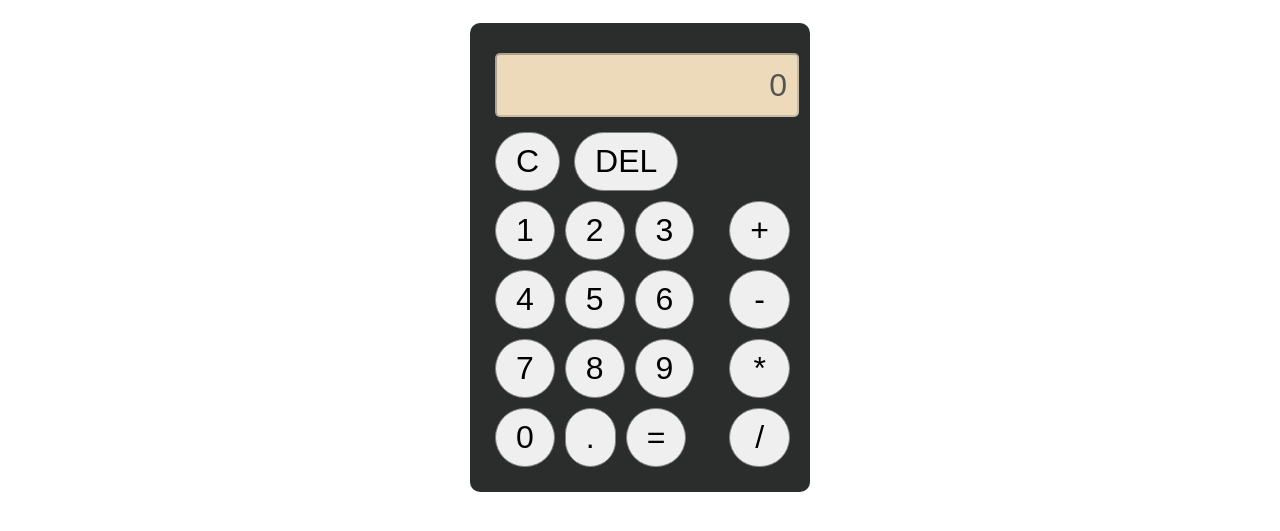
Repository: jaskeat/Calculator
Page: index.html
An editor plug-in stored every save of this project. The page is shown before and after the next save, followed by the edit.
The browser window is 1280 px wide. The pictures show the whole page.

Above is the page before, as saved 2024-09-05 13:31:10.

### index.html
<!DOCTYPE html>
<html lang="en">
	<head>
		<meta charset="UTF-8" />
		<meta name="viewport" content="width=device-width, initial-scale=1.0" />
		<title>Calculator</title>
		<link rel="stylesheet" href="style.css" />
	</head>
	<body>
		<div class="calculator">
			<div class="display">
				<input type="text" class="display-input" value="0" disabled />
			</div>

			<div class="extrabtn">
				<button class="btn" onclick="clearDisplay()">C</button>
				<button class="btn" onclick="deleteLast()">DEL</button>
			</div>

			<div class="buttons">
				<div class="operators">
					<button class="btn" onclick="append('+')">+</button>
					<button class="btn" onclick="append('-')">-</button>
					<button class="btn" onclick="append('*')">*</button>
					<button class="btn" onclick="append('/')">/</button>
				</div>

				<div class="numbers">
					<button class="btn" onclick="append('1')">1</button>
					<button class="btn" onclick="append('2')">2</button>
					<button class="btn" onclick="append('3')">3</button>
					<button class="btn" onclick="append('4')">4</button>
					<button class="btn" onclick="append('5')">5</button>
					<button class="btn" onclick="append('6')">6</button>
					<button class="btn" onclick="append('7')">7</button>
					<button class="btn" onclick="append('8')">8</button>
					<button class="btn" onclick="append('9')">9</button>
					<button class="btn" onclick="append('0')">0</button>
					<button class="btn" onclick="append('.')">.</button>
					<button class="btn" onclick="calculate()">=</button>
				</div>
			</div>
		</div>
		<script src="script.js"></script>
	</body>
</html>

### style.css
:root {
	--primary-color: #2b2c2c;
	--button-color: #424343;
	--operator-color: #ff9f0b;
}

body {
	display: flex;
	justify-content: center;
	align-items: center;
}

.calculator {
	width: 300px;
	max-width: 600px;
	height: auto;
	margin: 15px;
	padding: 20px;
	background-color: var(--primary-color);
	border-radius: 10px;
}

button {
	border-radius: 30px;
	border: 1px grey solid;
	font-size: 1.3rem;
}

button:hover {
	background-color: lightgrey;
	cursor: pointer;
}

input {
	width: 280px;
	height: 50px;
	font-size: 2rem;
	text-align: right;
	border-radius: 5px;
	margin: 10px 5px;
	background-color: rgb(237, 218, 187);
	padding: 5px 10px;
}

.operators {
	display: flex;
	flex-direction: column;
	width: auto;
}

.operators button {
	width: auto;
	height: auto;
	margin: 5px 0;
}

.numbers {
	display: flex;
	flex-wrap: wrap;
	height: auto;
	width: 250px;
}

.buttons {
	display: flex;
	flex-direction: row-reverse;
	justify-content: space-between;
	font-size: 2rem;
}

.btn {
	font-size: 2rem;
	padding: 10px 20px;
	margin: 5px;
}

Loaded but not shown: script.js (no copy from this time; the picture is the same without it)

After the next save:
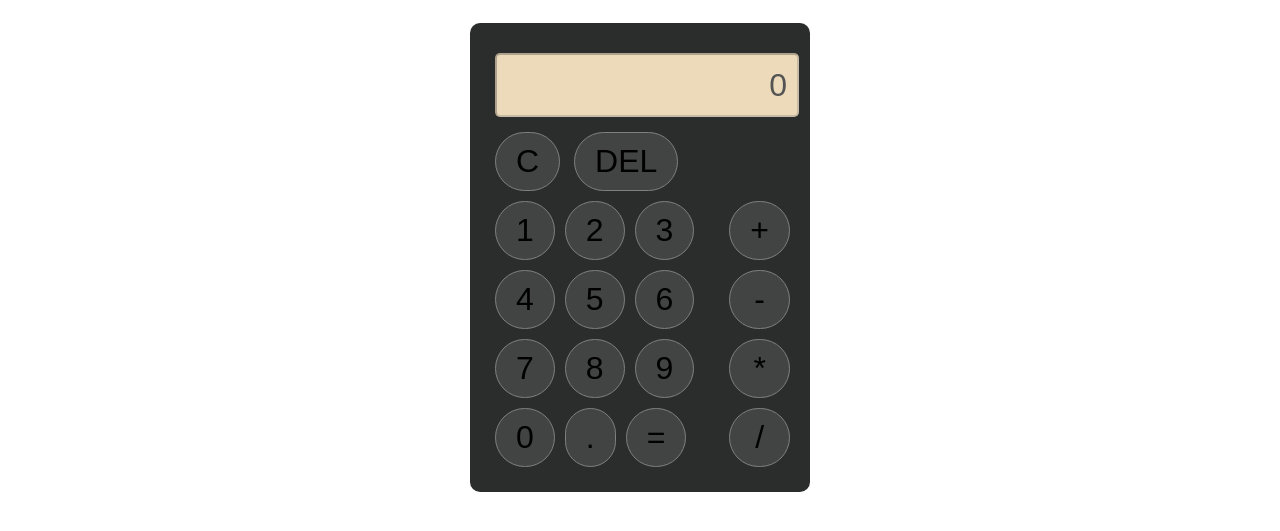
Saved 11 s later.
--- a/style.css
+++ b/style.css
@@ -24,6 +24,7 @@ button {
 	border-radius: 30px;
 	border: 1px grey solid;
 	font-size: 1.3rem;
+	background-color: var(--button-color);
 }
 
 button:hover {
